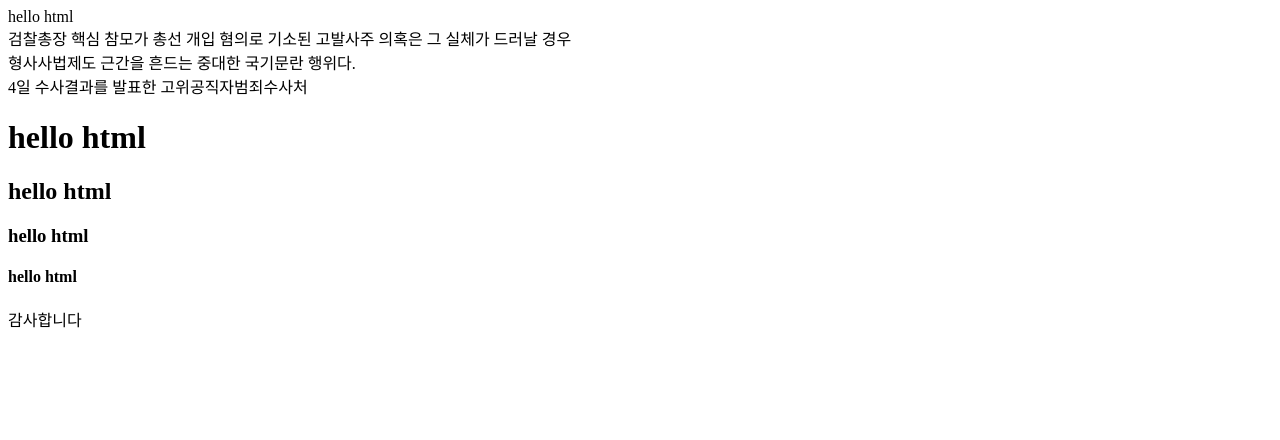
Repository: xsa1113/posco_ict
Page: html/TestSample/WebContent/index.html
The author's editor kept a copy of each file at every save. The page is drawn from the files as they stood at one save, then again after the next save.
The browser window is 1280 px wide. The pictures show the whole page.

Above is the page before, as saved 2022-05-04 06:46:53.

After the next save:
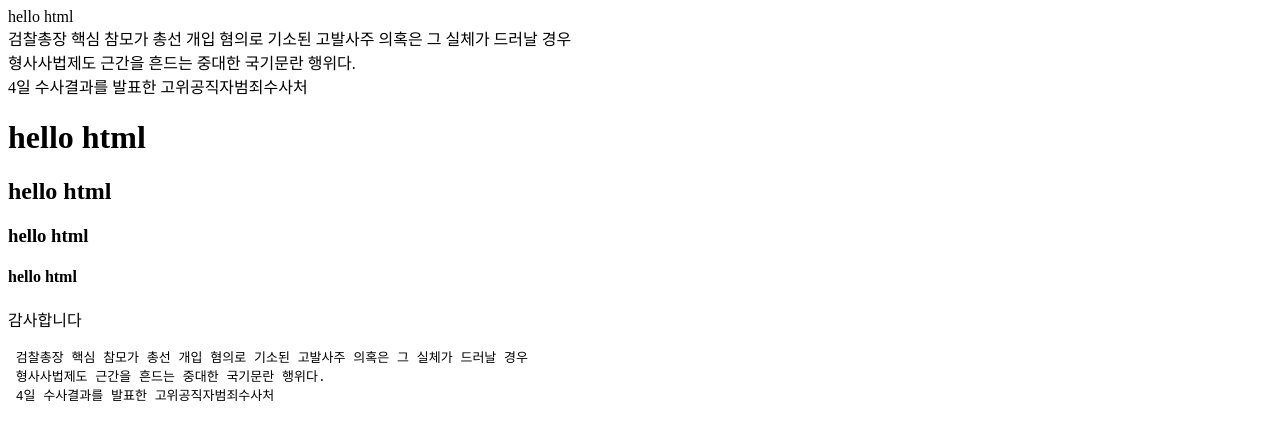
Saved 56 s later.
--- a/html/TestSample/WebContent/index.html
+++ b/html/TestSample/WebContent/index.html
@@ -33,8 +33,16 @@ hello html
  <h3>hello html</h3>
  <h4>hello html</h4>
 
+<!--  Paragraph -->
 
  <p> 감사합니다 </p>
 
+ <!-- Pre Fromatted -->
+ <pre>
+ 검찰총장 핵심 참모가 총선 개입 혐의로 기소된 고발사주 의혹은 그 실체가 드러날 경우
+ 형사사법제도 근간을 흔드는 중대한 국기문란 행위다.
+ 4일 수사결과를 발표한 고위공직자범죄수사처
+ </pre>
+
 </body>
 </html>
